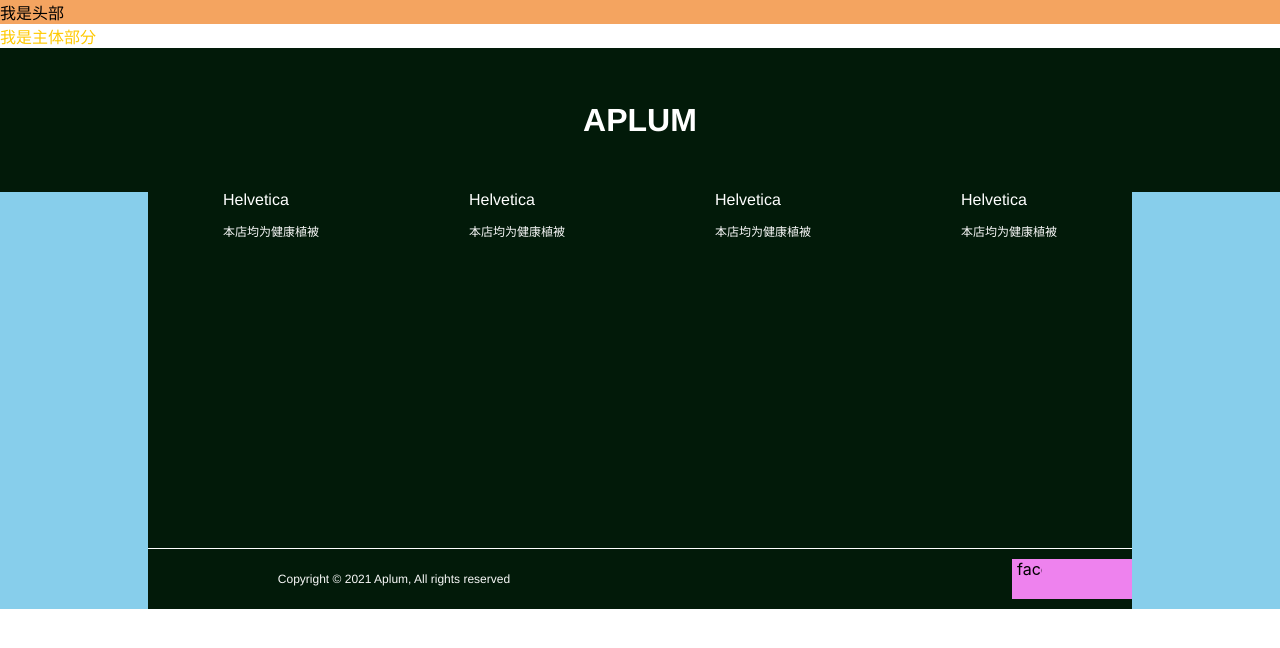
Repository: Alicehhhmm/aplum
Page: /
These files come from the project's save history. The page is drawn as it stood at one moment and after a run of saves; the edit follows.
The browser window is 1280 px wide. The pictures show the whole page.
The project was rebuilt for these pictures with package versions that can differ from the ones it lists, and the page was loaded fresh each time. Also part of the build but not shown: src/App.css.

Above is the page before, as saved 2021-09-29 10:43:24.

### src/index.js
import React from 'react';
import ReactDOM from 'react-dom';
import './index.css';
import App from './App';
import reportWebVitals from './reportWebVitals';

ReactDOM.render(
  <React.StrictMode>
    <App />

  </React.StrictMode>,
  document.getElementById('root')
);


reportWebVitals();

### src/App.js
import './App.css';
// import Footer from './views/footer/footer';//尾部
import Footer from './components/footer';
import Body from './components/body';
import Header from './components/header';

function App() {
  return (
    <div>
      <Header/>
      <Body/>
      <Footer/>
    </div>
  );
}

export default App;

### src/components/footer/index.jsx
import React, { Component } from "react";
import './index.css'
import IconFont from "../iconfont/IconFont";

export default class Footer extends Component{

    render(){
        return(
            <div className="mu" >
                <div className="mut">APLUM</div>
                <div className="mub">
                    <div className="mutt">
                        <view className="ttbn" >
                            <ul>
                                <p className="p">Helvetica</p>
                                <li className="li">本店均为健康植被</li>
                            </ul>
                        </view>
                        <view className="ttbn" >
                            <ul>
                                <p className="p">Helvetica</p>
                                <li className="li">本店均为健康植被</li>
                            </ul>
                        </view>
                        <view className="ttbn" >
                            <ul>
                                <p className="p">Helvetica</p>
                                <li className="li">本店均为健康植被</li>
                            </ul>
                        </view>
                        <view className="ttbn" >
                            <ul>
                                <p className="p">Helvetica</p>
                                <li className="li">本店均为健康植被</li>
                            </ul>
                        </view>
                    </div>
                    <div className="mubb" >
                        <view className="bbtn">
                            <p className="copright">Copyright © 2021 Aplum,  All rights reserved</p>
                        </view>
                        <view className="bbtnx">
                            <a className="icon">facebook</a>
                            <a className="icon">
                            <IconFont type = "icon-icon-facebook"/>
                            </a>
                            <a className="icon"></a>
                            <a className="icon"></a>
                        </view>
                    </div>

                </div>
            </div>
        )
    }
}

### src/components/body/index.jsx
import React from "react";
import "./index.css"

function Footer(){
    return(
        <div style={{color:'#ffc900'}}>
          <p calssname="mm"> 我是主体部分 </p>
        </div>

    );
}




export default Footer;

### src/components/header/index.jsx
import React, { Component } from "react";
import './index.css'

export default class Header extends Component{
    render(){
        return(
            <div className="mn" >我是头部</div>
        )
    }
}

### src/components/footer/index.css
*{
    margin: 0;
    padding: 0;
    list-style-type:none;
}
.mu{
    height: 500px;
    display: flex;
    flex-direction: column;
    justify-content: space-between;
    background-color: sandybrown;
}
.mut{
    height: 144px;
    line-height: 144px;
    font-size: 32px;
    font-weight: 700;
    color: #ffffff;
    font-family:Helvetica,Arial,sans-serif ;
    display: flex;
    flex-direction: column;
    justify-content: center;
    align-items: center;
    flex-grow: 0;
    background-color: rgb(2, 26, 9);
}
.mub{
    display: flex;
    flex-direction: column;
    justify-content: center;
    align-items: center;
    flex-grow: 1;
    background-color: skyblue;
}
.mutt{
    margin: 0 320px;
    display: flex;
    flex-grow: 1;
    background-color: tan;
}
.ttbn{
    width: 222px;
    height: 356px;
    padding: 0 12px;
    display: flex;
    flex-direction: column;
    align-items: center;
    background-color: rgb(2, 26, 9);
}
.p{
    font-size: 16px;
    line-height: 16px;
    color: #ffffff;
    font-family:Helvetica,Arial,sans-serif ;
    margin-bottom: 14px;
}
.li{
    font-size: 12px;
    color: #f9f9f9;
}
.mubb{
    display: flex;
    flex-direction: row;
    justify-content: space-between;
    flex-grow: 0;
    border-top:1px solid #ffffff;
}
.bbtn{
    width: 492px;
    height: 60px;
    display: flex;
    justify-content: center;
    align-items: center;
    background-color: rgb(2, 26, 9);
}
.copright{
    font-family:  Helvetica,"sans-serif-light",sans-serif;
    font-size: 12px;
    font-weight: 300;
    color: #f9f9f9;
}
.bbtnx{
    width: 492px;
    height: 60px;
    display: flex;
    justify-content: flex-end;
    align-items: center;
    background-color: rgb(2, 26, 9);
}
.icon{
    width: 20px;
    height: 40px;
    padding: 0 5px;
    background-color: violet;
}

### src/components/iconfont/IconFont.jsx
import { createFromIconfontCN } from '@ant-design/icons';

const IconFont = createFromIconfontCN({
	scriptUrl: 'https://at.alicdn.com/t/font_2841177_2qns8wxk5sa.js',
    // scriptUrl的值是从阿里图标库中复制过来的，每次添加了图标都要重新复制新的链接
});

export default IconFont;

### src/components/body/index.css
*{
    margin: 0;
    padding: 0;
}
.mm{
    background-color: sandybrown;
}

### src/components/header/index.css
*{
    margin: 0;
    padding: 0;
}
.mn{
    background-color: sandybrown;
}

Loaded but not shown: public/index.html (common file); src/index.css (common file); src/reportWebVitals.js (common file)

After the next 3 saves:
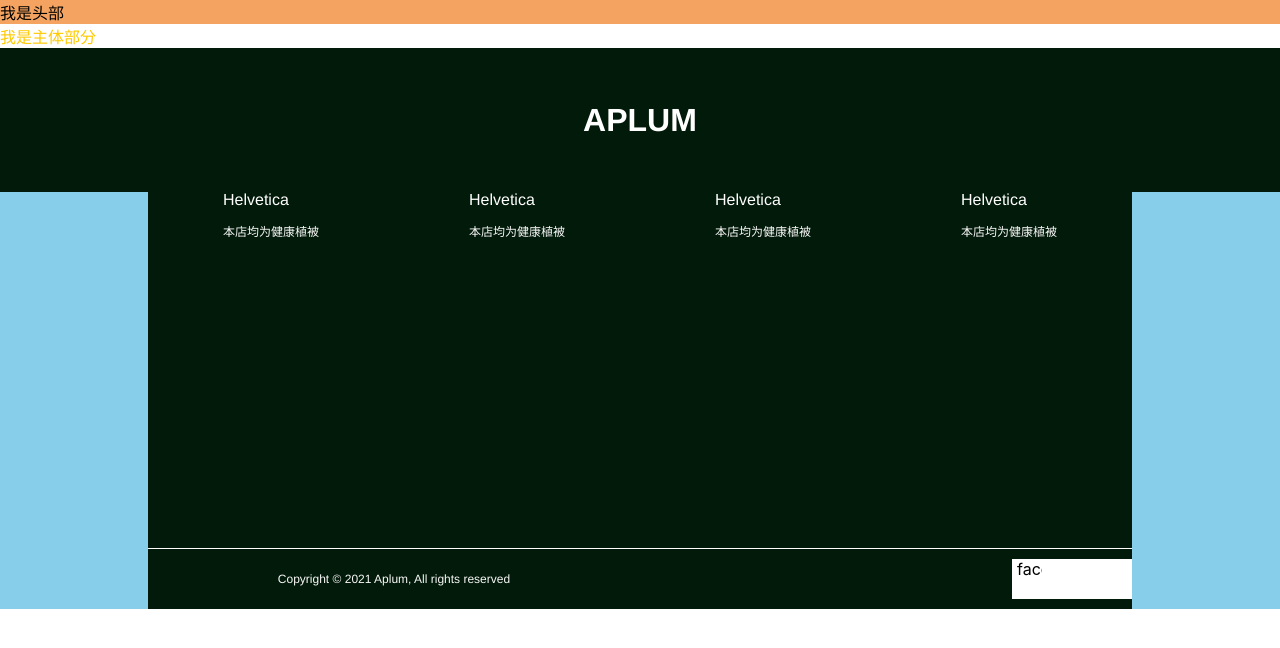
The 3 saves are shown as one change because they came seconds apart.
The last was saved 73 s later.
--- a/src/components/footer/index.css
+++ b/src/components/footer/index.css
@@ -91,5 +91,5 @@
     width: 20px;
     height: 40px;
     padding: 0 5px;
-    background-color: violet;
+    background-color: #ffffff;
 }
